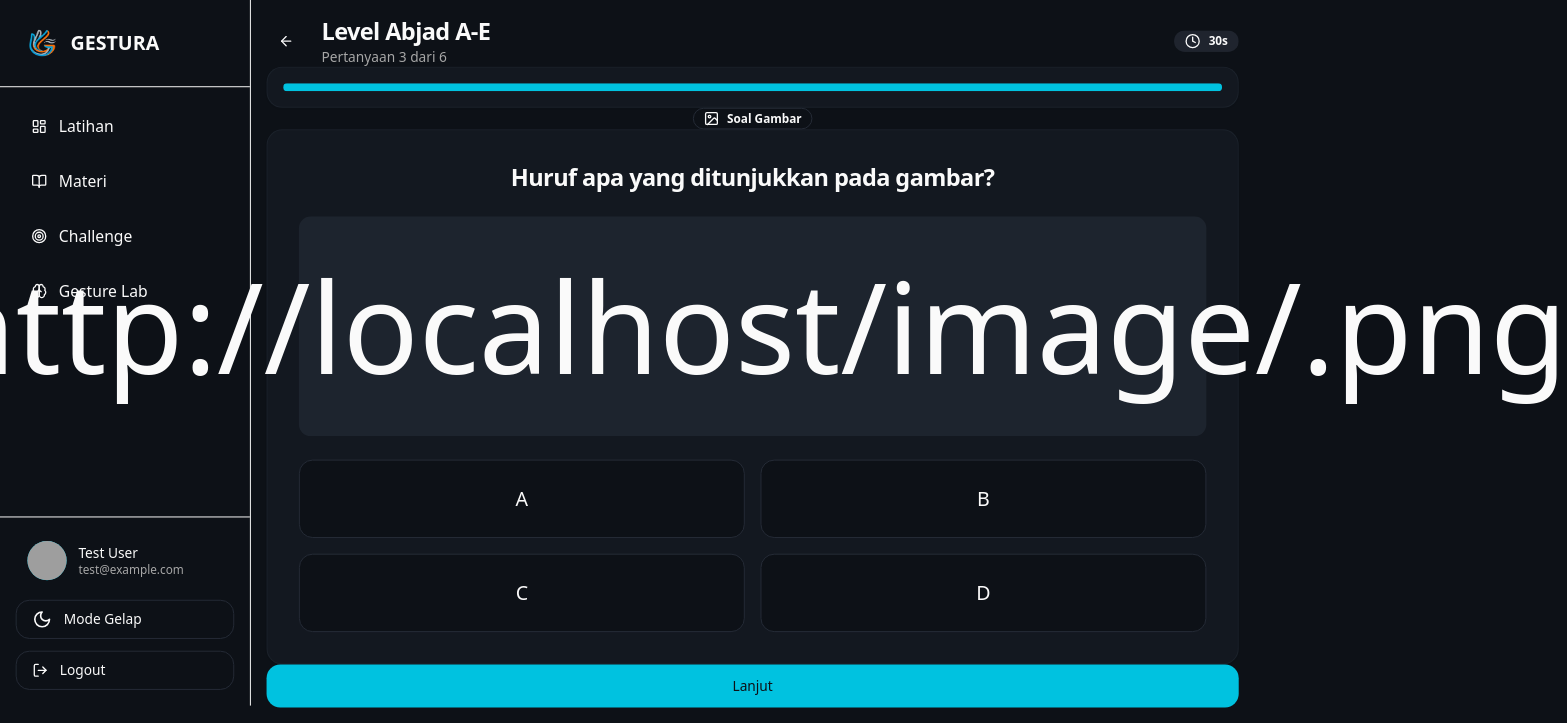
Repository: Tisna7/GESTURA
Page: http://localhost/latihan-isi-3
The author's editor kept a copy of each file at every save. The page is drawn from the files as they stood at one save, then again after a run of saves.
The browser window is 1280 px wide. The page is 1599 px wide, then 1280 px, so the pictures cover 1599 px, including what lies to the right of the window. The pictures show the whole page, at 98% of full size.
Pictures or frames that could not be fetched are drawn as grey boxes. The page is served by the project's Laravel application, run on PHP 8.4 with Laravel 12. A made-up administrator, Test User (test@example.com), is signed in. Other server files are loaded and not shown. Style sheets and scripts are compiled from the project's sources, by tool versions that may differ from the author's.

Above is the page before, as saved 2025-11-23 21:46:44.

### app/Providers/AppServiceProvider.php
<?php

namespace App\Providers;

use Illuminate\Support\ServiceProvider;

class AppServiceProvider extends ServiceProvider
{
    /**
     * Register any application services.
     */
    public function register(): void
    {

    }

    /**
     * Bootstrap any application services.
     */
    public function boot(): void
    {

    }
}

### routes/web.php
<?php

use Illuminate\Support\Facades\Route;
use App\Http\Controllers\AuthController;
use App\Http\Controllers\ProfileController;

Route::get('/', function () {
    return view('landingpage');
});

Route::get('/auth', [AuthController::class, 'showPage'])->name('auth.page');

// Route::post('/register', [AuthController::class, 'register'])->name('register');

// Route::post('/login', [AuthController::class, 'login'])->name('login');
// Route::post('/logout', [AuthController::class, 'logout'])->name('logout');


// REGISTER
Route::post('/register', [AuthController::class, 'register'])->name('auth.register');

// LOGIN
Route::post('/login', [AuthController::class, 'login'])->name('auth.login');

// LOGIN GUEST
Route::get('/login/guest', [AuthController::class, 'loginGuest'])->name('auth.guest');

// LOGOUT
Route::get('/logout', [AuthController::class, 'logout'])->name('auth.logout');


Route::get('/profile/edit', [ProfileController::class, 'edit'])->name('profile.edit');
Route::put('/profile/update', [ProfileController::class, 'update'])->name('profile.update');


Route::get('/profile', function () {
    return view('user.profile');
});
Route::get('/materi', function () {
    return view('user.materi');
});
Route::get('/gesturelab', function () {
    return view('user.gesture-lab-practice');
});
Route::get('/gesture-lab-translate', function () {
    return view('user.gesture-lab-translate');
});
Route::get('/materi-isi', function () {
    return view('user.materi-isi');
});
Route::get('/latihan', function () {
    return view('user.quiz');
});
Route::get('/latihan-isi-1', function () {
    return view('user.quiz-isi-1');
});
Route::get('/latihan-isi-2', function () {
    return view('user.quiz-isi-2');
});
Route::get('/latihan-isi-3', function () {
    return view('user.quiz-isi-3');
});
Route::get('/latihan-isi-4', function () {
    return view('user.quiz-isi-4');
});
Route::get('/Challenge', function () {
    return view('user.challenge');
});
Route::get('/Challenge-isi', function () {
    return view('user.challenge-isi');
});

### resources/views/user/quiz-isi-3.blade.php
@extends('app')
@section('title', 'Dashboard')

@section('content')
    <x-sidebar-user></x-sidebar-user>

    <main class="lg:ml-64 min-h-screen pt-16 lg:pt-0">
        <div class="p-4 md:p-8">
            <div class="flex items-center justify-between">
                <div class="flex items-center gap-4"><button
                        class="inline-flex items-center justify-center gap-2 whitespace-nowrap rounded-md text-sm font-medium ring-offset-background transition-colors focus-visible:outline-none focus-visible:ring-2 focus-visible:ring-ring focus-visible:ring-offset-2 disabled:pointer-events-none disabled:opacity-50 [&amp;_svg]:pointer-events-none [&amp;_svg]:size-4 [&amp;_svg]:shrink-0 hover:bg-accent hover:text-accent-foreground h-10 w-10"><svg
                            xmlns="http://www.w3.org/2000/svg" width="24" height="24" viewBox="0 0 24 24" fill="none"
                            stroke="currentColor" stroke-width="2" stroke-linecap="round" stroke-linejoin="round"
                            class="lucide lucide-arrow-left h-5 w-5">
                            <path d="m12 19-7-7 7-7"></path>
                            <path d="M19 12H5"></path>
                        </svg></button>
                    <div>
                        <h1 class="text-2xl font-bold">Level Abjad A-E</h1>
                        <p class="text-sm text-muted-foreground">Pertanyaan 3 dari 6</p>
                    </div>
                </div>
                <div
                    class="inline-flex items-center rounded-full border px-2.5 py-0.5 text-xs font-semibold transition-colors focus:outline-none focus:ring-2 focus:ring-ring focus:ring-offset-2 border-transparent bg-secondary text-secondary-foreground hover:bg-secondary/80 gap-2">
                    <svg xmlns="http://www.w3.org/2000/svg" width="24" height="24" viewBox="0 0 24 24" fill="none"
                        stroke="currentColor" stroke-width="2" stroke-linecap="round" stroke-linejoin="round"
                        class="lucide lucide-clock h-4 w-4">
                        <circle cx="12" cy="12" r="10"></circle>
                        <polyline points="12 6 12 12 16 14"></polyline>
                    </svg>30s
                </div>
            </div>
            <div class="rounded-lg border text-card-foreground shadow-sm p-4 bg-card border-border/50">
                <div aria-valuemax="100" aria-valuemin="0" role="progressbar" data-state="indeterminate" data-max="100"
                    class="relative w-full overflow-hidden rounded-full bg-secondary h-2">
                    <div data-state="indeterminate" data-max="100" class="h-full w-full flex-1 bg-primary transition-all"
                        style="transform: translateX(0%);"></div>
                </div>
            </div>
            <div class="flex justify-center">
                <div
                    class="inline-flex items-center rounded-full border px-2.5 py-0.5 text-xs font-semibold transition-colors focus:outline-none focus:ring-2 focus:ring-ring focus:ring-offset-2 text-foreground gap-2">
                    <svg xmlns="http://www.w3.org/2000/svg" width="24" height="24" viewBox="0 0 24 24" fill="none"
                        stroke="currentColor" stroke-width="2" stroke-linecap="round" stroke-linejoin="round"
                        class="lucide lucide-image h-4 w-4">
                        <rect width="18" height="18" x="3" y="3" rx="2" ry="2"></rect>
                        <circle cx="9" cy="9" r="2"></circle>
                        <path d="m21 15-3.086-3.086a2 2 0 0 0-2.828 0L6 21"></path>
                    </svg>Soal Gambar
                </div>
            </div>
            <div class="rounded-lg border text-card-foreground shadow-sm p-8 bg-card border-border/50">
                <div class="space-y-6">
                    <h2 class="text-2xl font-bold text-center">Huruf apa yang ditunjukkan pada gambar?</h2>
                    <div class="bg-muted/50 rounded-xl p-12 flex items-center justify-center">
                        <div class="text-9xl">{{ asset('image/.png') }}</div>
                        <div class="text-9xl"><img src="" alt=""></div>
                    </div>
                    <div class="grid grid-cols-2 gap-4">
    <button type="button"
        class="answer-btn inline-flex items-center justify-center gap-2 whitespace-nowrap font-medium border border-input bg-background hover:bg-accent hover:text-accent-foreground rounded-md px-8 h-20 text-xl"
        data-answer="A">
        A
    </button>

    <button type="button"
        class="answer-btn inline-flex items-center justify-center gap-2 whitespace-nowrap font-medium border border-input bg-background hover:bg-accent hover:text-accent-foreground rounded-md px-8 h-20 text-xl"
        data-answer="B">
        B
    </button>

    <button type="button"
        class="answer-btn inline-flex items-center justify-center gap-2 whitespace-nowrap font-medium border border-input bg-background hover:bg-accent hover:text-accent-foreground rounded-md px-8 h-20 text-xl"
        data-answer="C">
        C
    </button>

    <button type="button"
        class="answer-btn inline-flex items-center justify-center gap-2 whitespace-nowrap font-medium border border-input bg-background hover:bg-accent hover:text-accent-foreground rounded-md px-8 h-20 text-xl"
        data-answer="D">
        D
    </button>
</div>
                </div>
            </div><button
                class="inline-flex items-center justify-center gap-2 whitespace-nowrap text-sm font-medium ring-offset-background transition-colors focus-visible:outline-none focus-visible:ring-2 focus-visible:ring-ring focus-visible:ring-offset-2 disabled:pointer-events-none disabled:opacity-50 [&amp;_svg]:pointer-events-none [&amp;_svg]:size-4 [&amp;_svg]:shrink-0 bg-primary text-primary-foreground hover:bg-primary/90 h-11 rounded-md px-8 w-full hover-glow">Lanjut</button>
        </div>
    </main>
<script>
document.querySelectorAll('.answer-btn').forEach(btn => {
    btn.addEventListener('click', () => {

        // Reset semua tombol
        document.querySelectorAll('.answer-btn').forEach(b => {
            b.classList.remove('bg-primary', 'text-black', 'border-primary');
            b.classList.add('bg-background', 'border-input');
        });

        // Aktifkan tombol yang dipilih
        btn.classList.add('bg-primary', 'text-black', 'border-primary');
        btn.classList.remove('bg-background', 'border-input');
    });
});
</script>

@endsection

### resources/views/components/sidebar-user.blade.php
@php
    use Illuminate\Support\Facades\Auth;
@endphp



<aside
    class="fixed top-0 left-0 h-full bg-sidebar border-r border-sidebar-border shadow-medium z-40 transition-transform duration-300 -translate-x-full lg:translate-x-0 w-64">
    <div class="flex flex-col h-full">

        {{-- LOGO --}}
        <div class="lg:flex items-center gap-2 p-6 border-b border-sidebar-border">
            <div class="w-10 h-10 rounded-full bg-gradient-hero flex items-center justify-center shadow-soft">
                <img src="{{ asset('image/logo.png') }}" alt="MindCare Logo" class="w-8 h-8">
            </div>
            <div>
                <span class="text-xl font-bold bg-gradient-to-r from-primary to-accent bg-clip-text  block">
                    GESTURA
                </span>
            </div>
        </div>

        {{-- MENU --}}
        <nav class="flex-1 p-4 space-y-2 overflow-y-auto mt-10 lg:mt-0 ">

            {{-- Latihan --}}
            <a class="{{ request()->is('latihan') ? 'bg-sidebar-accent text-sidebar-accent-foreground font-medium shadow-soft'
                : 'text-sidebar-foreground hover:bg-sidebar-accent/50' }}
                flex items-center gap-3 px-4 py-3 rounded-xl transition-smooth"
                href="/latihan">

                <svg xmlns="http://www.w3.org/2000/svg" viewBox="0 0 24 24"
                    fill="none" stroke="currentColor" stroke-width="2"
                    stroke-linecap="round" stroke-linejoin="round"
                    class="lucide lucide-layout-dashboard w-4 h-4">
                    <rect width="7" height="9" x="3" y="3" rx="1"></rect>
                    <rect width="7" height="5" x="14" y="3" rx="1"></rect>
                    <rect width="7" height="9" x="14" y="12" rx="1"></rect>
                    <rect width="7" height="5" x="3" y="16" rx="1"></rect>
                </svg>

                <span>Latihan</span>
            </a>

            {{-- Materi --}}
            <a class="{{ request()->is('materi') ? 'bg-sidebar-accent text-sidebar-accent-foreground font-medium shadow-soft'
                : 'text-sidebar-foreground hover:bg-sidebar-accent/50' }}
                flex items-center gap-3 px-4 py-3 rounded-xl transition-smooth"
                href="/materi">

                <svg xmlns="http://www.w3.org/2000/svg" viewBox="0 0 24 24"
                    fill="none" stroke="currentColor" stroke-width="2"
                    stroke-linecap="round" stroke-linejoin="round"
                    class="lucide lucide-book-open w-4 h-4">
                    <path d="M12 7v14"></path>
                    <path
                        d="M3 18a1 1 0 0 1-1-1V4a1 1 0 0 1 1-1h5a4 4 0 0 1 4 4 4 4 0 0 1 4-4h5a1 1 0 0 1 1 1v13a1 1 0 0 1-1 1h-6a3 3 0 0 0-3 3 3 3 0 0 0-3-3z">
                    </path>
                </svg>

                <span>Materi</span>
            </a>

            {{-- Challenge --}}
            <a class="{{ request()->is('Challenge') ? 'bg-sidebar-accent text-sidebar-accent-foreground font-medium shadow-soft'
                : 'text-sidebar-foreground hover:bg-sidebar-accent/50' }}
                flex items-center gap-3 px-4 py-3 rounded-xl transition-smooth"
                href="/Challenge">

                <svg xmlns="http://www.w3.org/2000/svg" viewBox="0 0 24 24"
                    fill="none" stroke="currentColor" stroke-width="2"
                    stroke-linecap="round" stroke-linejoin="round"
                    class="lucide lucide-target w-4 h-4">
                    <circle cx="12" cy="12" r="10"></circle>
                    <circle cx="12" cy="12" r="6"></circle>
                    <circle cx="12" cy="12" r="2"></circle>
                </svg>

                <span>Challenge</span>
            </a>

            {{-- Gesture Lab --}}
            <a class="{{ request()->is('gesturelab') ? 'bg-sidebar-accent text-sidebar-accent-foreground font-medium shadow-soft'
                : 'text-sidebar-foreground hover:bg-sidebar-accent/50' }}
                flex items-center gap-3 px-4 py-3 rounded-xl transition-smooth"
                href="/gesturelab">

                <svg xmlns="http://www.w3.org/2000/svg" viewBox="0 0 24 24"
                    fill="none" stroke="currentColor" stroke-width="2"
                    stroke-linecap="round" stroke-linejoin="round"
                    class="lucide lucide-brain w-4 h-4">

                    <path d="M12 5a3 3 0 1 0-5.997.125 4 4 0 0 0-2.526 5.77 4 4 0 0 0 .556 6.588A4 4 0 1 0 12 18Z"></path>
                    <path d="M12 5a3 3 0 1 1 5.997.125 4 4 0 0 1 2.526 5.77 4 4 0 0 1-.556 6.588A4 4 0 1 1 12 18Z"></path>
                    <path d="M15 13a4.5 4.5 0 0 1-3-4 4.5 4.5 0 0 1-3 4"></path>

                </svg>

                <span>Gesture Lab</span>
            </a>
        </nav>

        {{-- BOTTOM SECTION --}}
        <div class="p-4 border-t border-sidebar-border space-y-3">

            {{-- User Button --}}
            <button
                class="w-full flex items-center gap-3 px-3 py-2 rounded-xl hover:bg-sidebar-accent transition-smooth"
                type="button">
                <span class="relative flex items-center justify-center shrink-0 overflow-hidden rounded-full w-10 h-10 bg-primary"><img class="h-full w-full object-cover"
        src="https://api.dicebear.com/7.x/avataaars/svg?seed={{ Auth::user()->profile_image }}"></span>
                <div class="flex-1 text-left">
                    <p class="text-sm font-medium text-sidebar-foreground">{{ Auth::user()->name }}</p>
                    <p class="text-xs text-muted-foreground">{{ Auth::user()->email }}</p>
                </div>
            </button>

            {{-- Mode Gelap --}}
            <button
                class="inline-flex items-center whitespace-nowrap rounded-md text-sm font-medium border border-input bg-background hover:bg-accent hover:text-accent-foreground h-10 px-4 py-2 w-full justify-start gap-3 hover:bg-accent transition-smooth">
                <svg xmlns="http://www.w3.org/2000/svg" viewBox="0 0 24 24"
                    fill="none" stroke="currentColor" stroke-width="2"
                    stroke-linecap="round" stroke-linejoin="round"
                    class="lucide lucide-moon w-4 h-4">
                    <path d="M12 3a6 6 0 0 0 9 9 9 9 0 1 1-9-9Z"></path>
                </svg>
                <span>Mode Gelap</span>
            </button>

            {{-- Logout --}}
            <form action="" method="POST">
                @csrf
                <button type="submit"
                    class="inline-flex items-center whitespace-nowrap rounded-md text-sm font-medium border border-input bg-background hover:bg-accent hover:text-accent-foreground h-10 px-4 py-2 w-full justify-start gap-3">

                    <svg xmlns="http://www.w3.org/2000/svg" viewBox="0 0 24 24"
                        fill="none" stroke="currentColor" stroke-width="2"
                        stroke-linecap="round" stroke-linejoin="round"
                        class="lucide lucide-log-out w-4 h-4">
                        <path d="M9 21H5a2 2 0 0 1-2-2V5a2 2 0 0 1 2-2h4"></path>
                        <polyline points="16 17 21 12 16 7"></polyline>
                        <line x1="21" x2="9" y1="12" y2="12"></line>
                    </svg>

                    <span>Logout</span>
                </button>
            </form>

        </div>
    </div>
</aside>




<script>
    const html = document.documentElement;
    const toggleDark = document.querySelector('.hover\\:bg-accent'); // tombol "Mode Gelap"
    const icon = toggleDark.querySelector('svg');
    const label = toggleDark.querySelector('span');

    // Cek tema yang tersimpan
    const storedTheme = localStorage.getItem("theme");
    const systemPrefersDark = window.matchMedia("(prefers-color-scheme: dark)").matches;

    // Fungsi ubah tema
    function setTheme(dark) {
        if (dark) {
            html.classList.add("dark");
            localStorage.setItem("theme", "dark");
            label.textContent = "Mode Terang";
            icon.outerHTML = `
        <svg xmlns="http://www.w3.org/2000/svg" width="24" height="24"
          viewBox="0 0 24 24" fill="none" stroke="currentColor"
          stroke-width="2" stroke-linecap="round" stroke-linejoin="round"
          class="lucide lucide-sun w-5 h-5">
          <circle cx="12" cy="12" r="4"></circle>
          <path d="M12 2v2"></path>
          <path d="M12 20v2"></path>
          <path d="m4.93 4.93 1.41 1.41"></path>
          <path d="m17.66 17.66 1.41 1.41"></path>
          <path d="M2 12h2"></path>
          <path d="M20 12h2"></path>
          <path d="m6.34 17.66-1.41 1.41"></path>
          <path d="m19.07 4.93-1.41 1.41"></path>
        </svg>`;
        } else {
            html.classList.remove("dark");
            localStorage.setItem("theme", "light");
            label.textContent = "Mode Gelap";
            icon.outerHTML = `
        <svg xmlns="http://www.w3.org/2000/svg" width="24" height="24"
          viewBox="0 0 24 24" fill="none" stroke="currentColor"
          stroke-width="2" stroke-linecap="round" stroke-linejoin="round"
          class="lucide lucide-moon w-5 h-5">
          <path d="M12 3a6 6 0 0 0 9 9 9 9 0 1 1-9-9Z"></path>
        </svg>`;
        }
    }

    // Terapkan tema saat load pertama
    setTheme(storedTheme === "dark" || (!storedTheme && systemPrefersDark));

    // Tambahkan event listener untuk toggle
    toggleDark.addEventListener("click", () => {
        setTheme(!html.classList.contains("dark"));
    });
</script>

### resources/views/app.blade.php
<!DOCTYPE html>
<html lang="id">
<head>
  <meta charset="UTF-8">
  <meta name="viewport" content="width=device-width, initial-scale=1.0">
  <meta name="csrf-token" content="{{ csrf_token() }}">
  <link rel="icon" type="image/png" href="{{ asset('images/logo.png') }}">
  <title>@yield('title', 'GESTURA')</title>

  <!-- Tailwind CSS -->
  {{-- @vite('public/build/app-Lz3KVd0D.css') --}}
  {{-- <!-- @vite('resources/css/app.css') --> --}}
   {{-- <!-- @vite('public/build/assets/app-TBPMHXQo.css') --> --}}

  @vite(['resources/css/app.css', 'resources/css/theme.css'])

  <script defer src="https://cdn.jsdelivr.net/npm/alpinejs@3.x.x/dist/cdn.min.js"></script>

</head>
<body>
  @yield('content')
</body>
</html>

### resources/css/app.css
@import 'tailwindcss';
@import "./theme.css";

@source '../../vendor/laravel/framework/src/Illuminate/Pagination/resources/views/*.blade.php';
@source '../../storage/framework/views/*.php';
@source '../**/*.blade.php';
@source '../**/*.js';

@theme {
    --font-sans: 'Instrument Sans', ui-sans-serif, system-ui, sans-serif, 'Apple Color Emoji', 'Segoe UI Emoji',
        'Segoe UI Symbol', 'Noto Color Emoji';

    --color-background: #ffabcc;
}

Loaded but not shown: app/Models/User.php (common file); resources/css/theme.css (library)

After the next 3 saves:
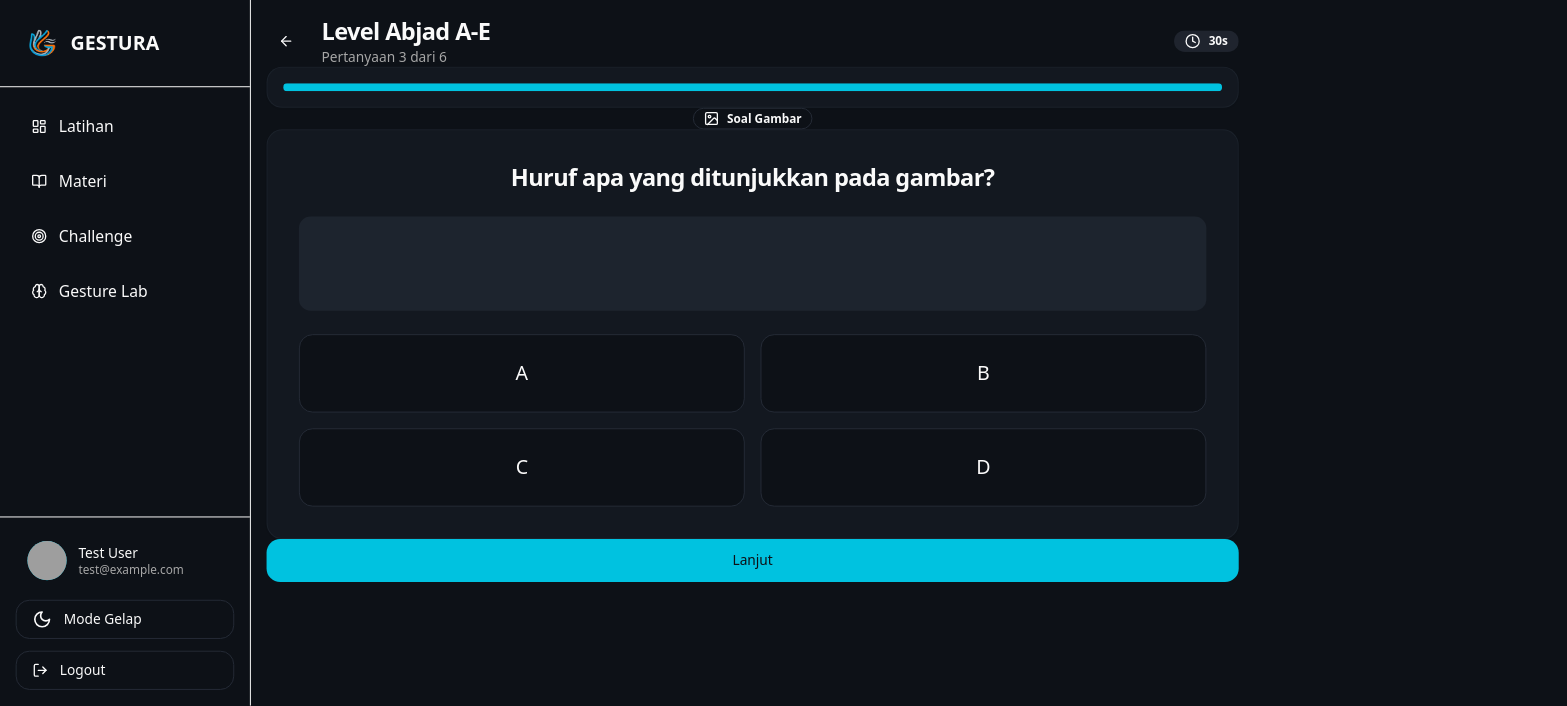
The 3 saves are shown as one change because they came seconds apart.
The last was saved 13 s later.
--- a/resources/views/user/quiz-isi-3.blade.php
+++ b/resources/views/user/quiz-isi-3.blade.php
@@ -53,8 +53,7 @@
                 <div class="space-y-6">
                     <h2 class="text-2xl font-bold text-center">Huruf apa yang ditunjukkan pada gambar?</h2>
                     <div class="bg-muted/50 rounded-xl p-12 flex items-center justify-center">
-                        <div class="text-9xl">{{ asset('image/.png') }}</div>
-                        <div class="text-9xl"><img src="" alt=""></div>
+                        <div class="text-9xl"><img src="{{ asset('image/C.png') }}" alt=""></div>
                     </div>
                     <div class="grid grid-cols-2 gap-4">
     <button type="button"
